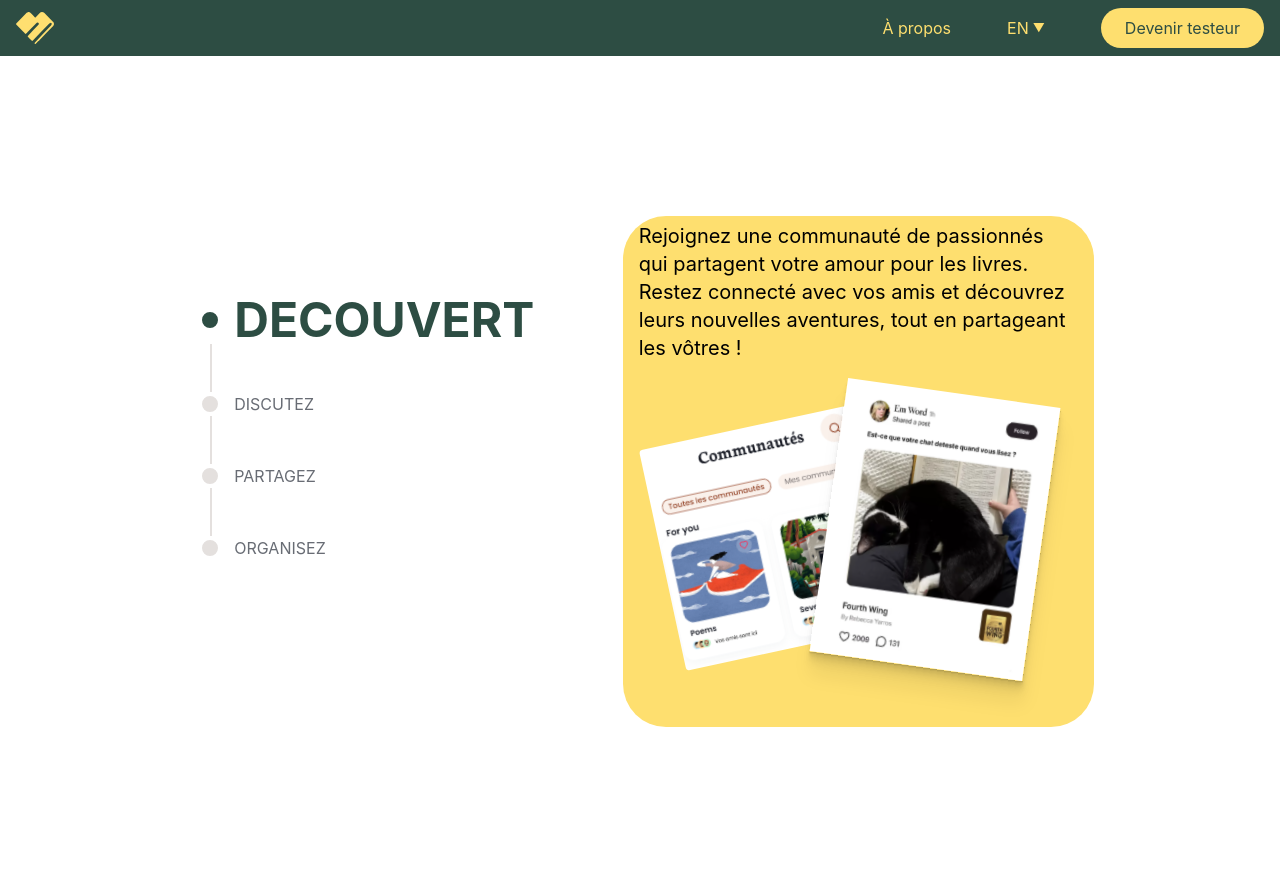
Repository: enas-elm/bookish-landing
Page: /
The author's editor kept a copy of each file at every save. The page is drawn from the files as they stood at one save, then again after the next save.
The browser window is 1280 px wide. The pictures show the whole page.
The project was rebuilt for these pictures with package versions that can differ from the ones it lists, and the page was loaded fresh each time.

Above is the page before, as saved 2024-09-12 11:05:39.

After the next save:
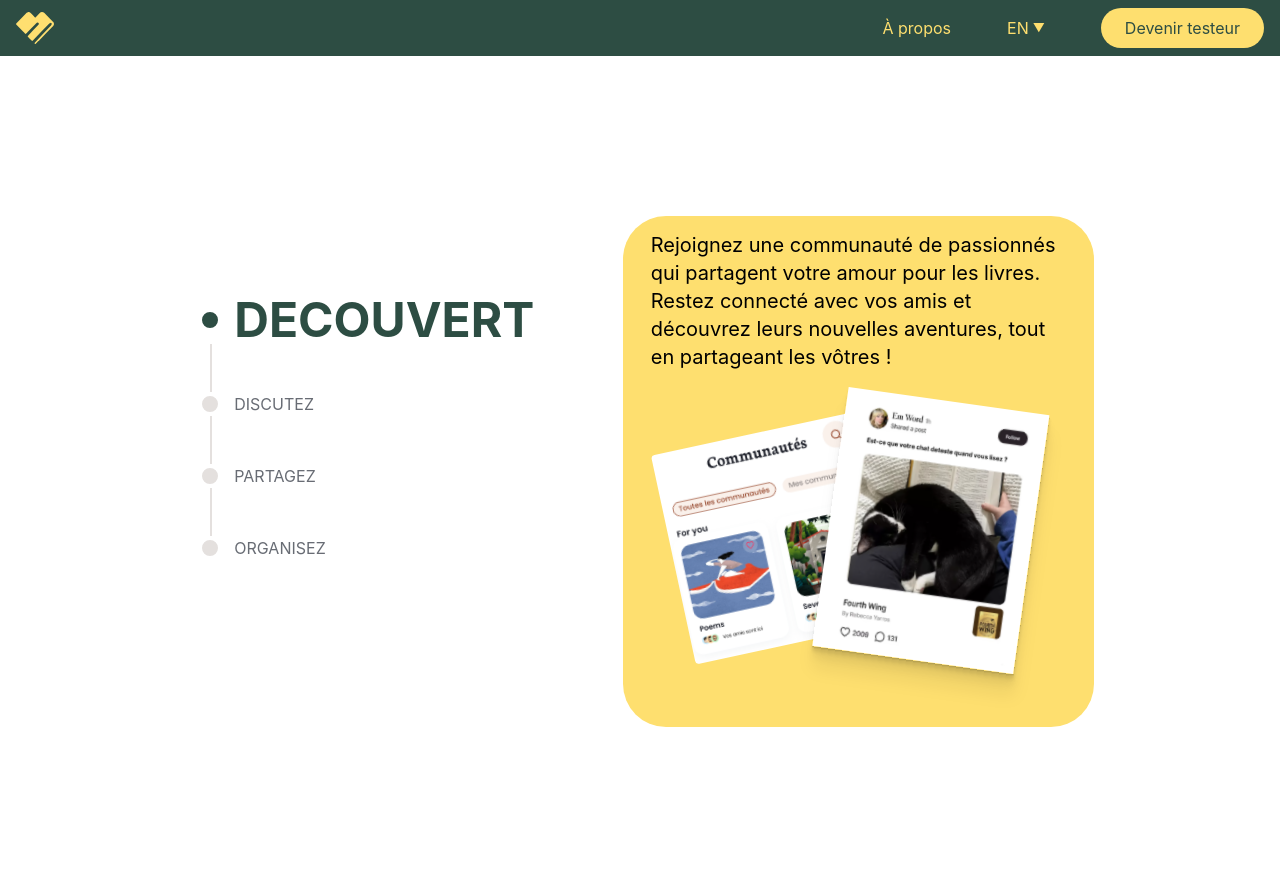
Saved 33 s later.
--- a/src/components/TimeLine.js
+++ b/src/components/TimeLine.js
@@ -89,7 +89,7 @@ function TimelineMenu() {
 
       {/* Details Section */}
       <div
-        className="w-471 h-611 flex  flex-col justify-center items-center p-4 rounded-[43px]"
+        className="w-471 h-611 flex  flex-col justify-center items-center p-7 rounded-[43px]"
         style={{
           backgroundColor: selectedItem ? selectedItem.color : "#ffffff",
         }}
